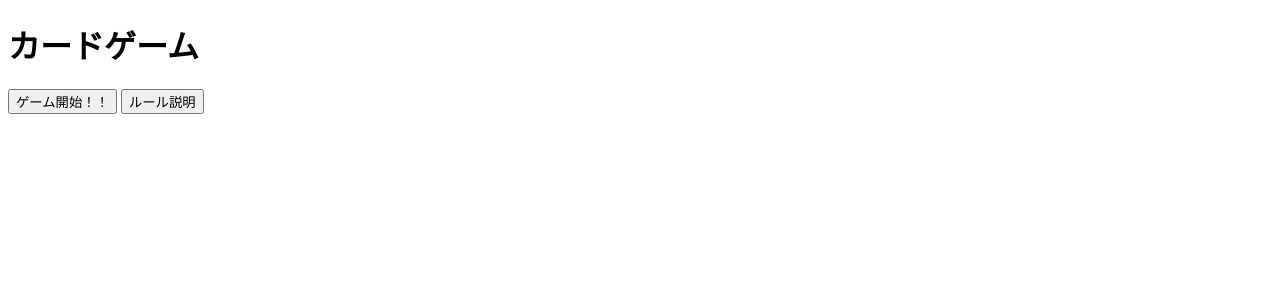
Repository: e1b21074/field_arena
Page: .log/field_arena/src/main/resources/static/index.html
These files come from the project's save history. The page is drawn as it stood at one moment and after the next save; the edit follows.
The browser window is 1280 px wide. The pictures show the whole page.

Above is the page before, as saved 2024-01-06 00:00:35.

After the next save:
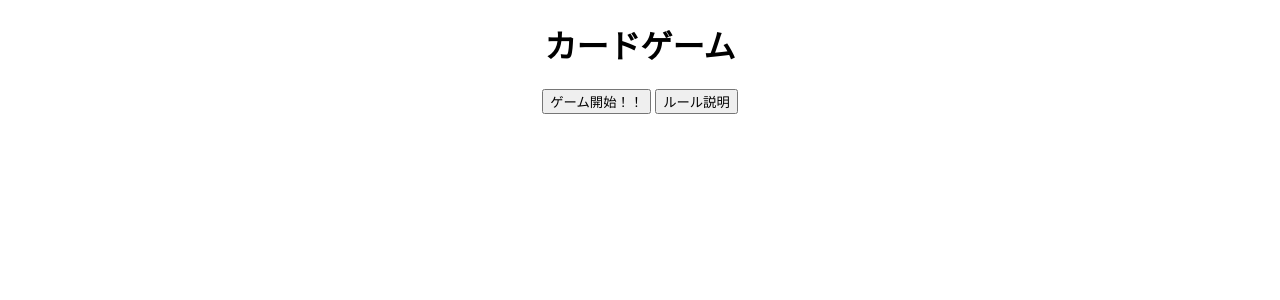
Saved 25 s later.
--- a/.log/field_arena/src/main/resources/static/index.html
+++ b/.log/field_arena/src/main/resources/static/index.html
@@ -7,10 +7,12 @@
   <title>カードゲーム</title>
 </head>
 
-<body>
-  <h1>カードゲーム</h1>
-  <button onclick="location.href='/gamearea'">ゲーム開始！！</button>
-  <button onclick="location.href='/rule'">ルール説明</button>
+<body class="gradient">
+  <center>
+    <h1>カードゲーム</h1>
+    <button onclick="location.href='/gamearea'">ゲーム開始！！</button>
+    <button onclick="location.href='/rule'">ルール説明</button>
+  </center>
 </body>
 
 </html>
